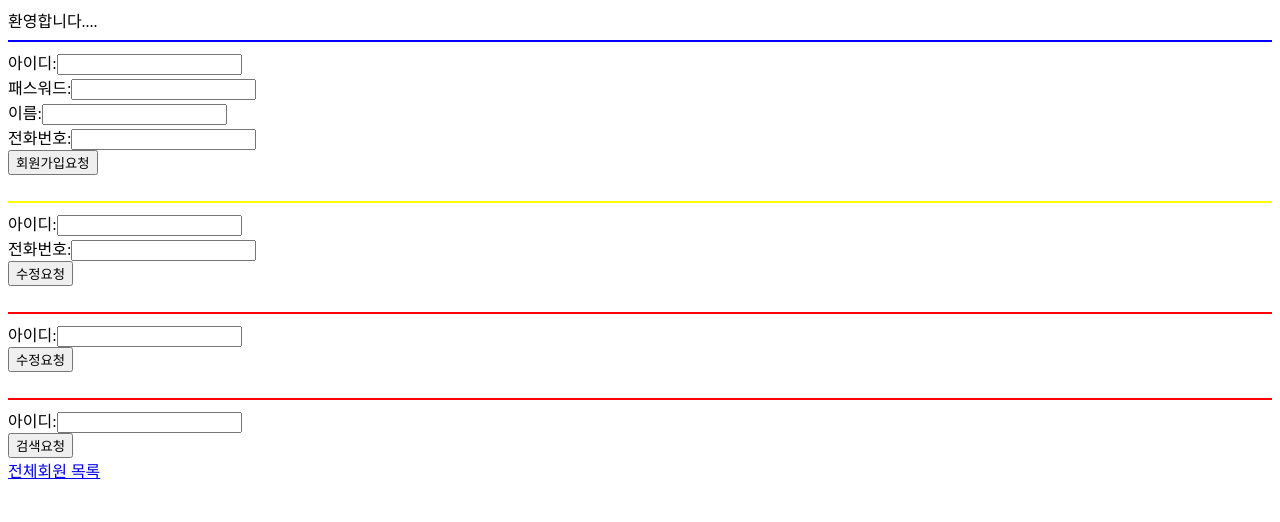
Repository: Yusubin/workEx
Page: spring00/src/main/webapp/index.html
These files come from the project's save history. The page is drawn as it stood at one moment and after the next save; the edit follows.
The browser window is 1280 px wide. The pictures show the whole page.

Above is the page before, as saved 2022-02-15 07:03:09.

After the next save:
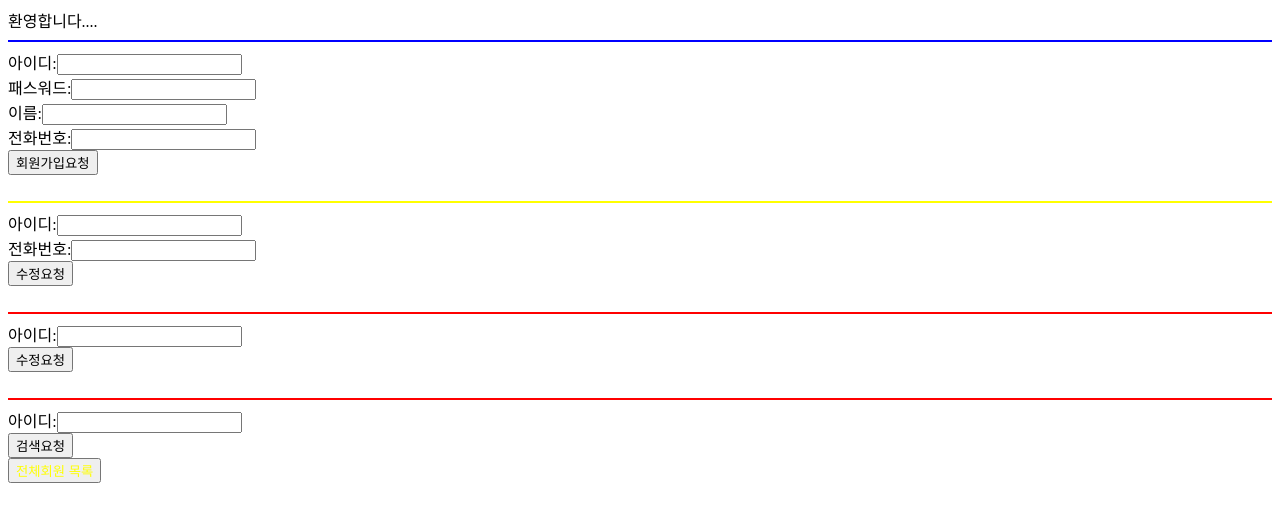
Saved 61 s later.
--- a/spring00/src/main/webapp/index.html
+++ b/spring00/src/main/webapp/index.html
@@ -38,6 +38,7 @@
 	</form>
 
 
-	<a href="list.jsp">전체회원 목록</a>
+	<a href="list.jsp">
+	<button style="color:yellow;">전체회원 목록</button></a>
 </body>
 </html>
